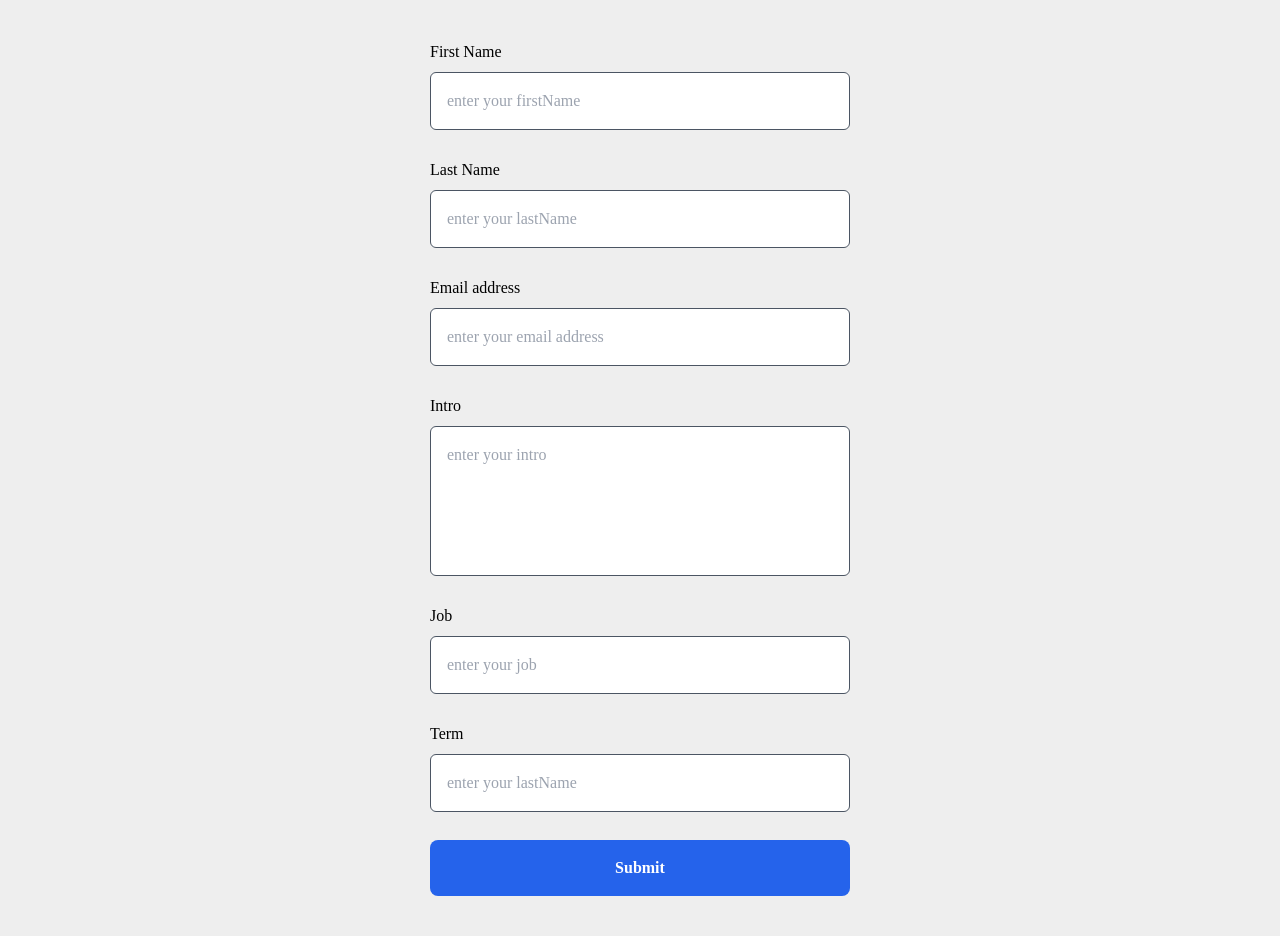
Repository: 16-Doffy/Fe-Khhoahoc
Page: /
The author's editor kept a copy of each file at every save. The page is drawn from the files as they stood at one save, then again after a run of saves.
The browser window is 1280 px wide. The pictures show the whole page.
The project was rebuilt for these pictures with package versions that can differ from the ones it lists, and the page was loaded fresh each time. Also part of the build but not shown: src/App.css.

Above is the page before, as saved 2025-02-11 20:11:36.

### src/index.js
import React from 'react';
import ReactDOM from 'react-dom/client';
import './index.css';
import App from './App';
import reportWebVitals from './reportWebVitals';
import "./index.scss"
const root = ReactDOM.createRoot(document.getElementById('root'));
root.render(
  <React.StrictMode>
    <App />
  </React.StrictMode>
);

// If you want to start measuring performance in your app, pass a function
// to log results (for example: reportWebVitals(console.log))
// or send to an analytics endpoint. Learn more: https://bit.ly/CRA-vitals
reportWebVitals();

### src/App.js
import "./App.css";
import SignUpFormV2Final from "./components/Form/SignUpFormV2Final";


function App() {
  return (
    <div>
      <SignUpFormV2Final />
    </div>
  );
}

export default App;

//<CardList><Card2/>
// const theme = {
//   //wanna change color in the future come here to change
//   colors: {
//     blue: "#2979ff",
//   },
//   orange: "#ffa440",
// };
// {/* <ThemeProvider theme={theme}>
// <CardList>
// <Card2 secondary={true}></Card2>
// <Card2 secondary={false}></Card2>
// <Card2 secondary={true}></Card2>
// <Card2 secondary={false}></Card2>
// <Card2 secondary={true}></Card2>
//  </CardList>
// </ThemeProvider> */}

### src/index.scss
@tailwind base;
@tailwind components;
@tailwind utilities;

@layer base {
    @import url("https://fonts.googleapis.com/css2?family=Poppins:ital,wght@0,100;0,200;0,300;0,400;0,500;0,600;0,700;0,800;0,900;1,100;1,200;1,300;1,400;1,500;1,600;1,700;1,800;1,900&display=swap");
    body{
        font-family: "Poppins", serif;
    }
}
.skeleton {
    background-color: #eee;
    background-image: linear-gradient(110deg, #ececec, 8%,#f5f5f5, 18% , #ececec, 33%);
    border-radius: 5px;
    background-size: 200% 100%;
    animation:  1.5 shine linear infinite;
}
@keyframes shine {
    to {
        background-position-x:-200% ;
    }
}

### src/components/Form/SignUpFormV2Final.js
import React from "react";
import { Formik, Form, Field, ErrorMessage } from "formik";
import * as Yup from "yup";

const SignUpFormV2Final = () => {
  return (
    <Formik
      initialValues={{
        firstName: "",
        lastName: "",
        email: "",
        intro: "",
        job: "",
        terms: false, //check box
      }}
      validationSchema={Yup.object({
        firstName: Yup.string()
          .max(20, "Must be 20 characters or less")
          .required("Required"),
        lastName: Yup.string()
          .max(10, "Must be 10 characters or less")
          .required("Required"),
        email: Yup.string().email("example: guest@gmail.com")
          .required("Required"),
        intro: Yup.string()
          .required("Required"),
        job: Yup.string()
          .required("Required"),
        term: Yup.boolean()

      })}
      onSubmit={(values) => {
        console.log("value", values);
      }}
    >
      <Form className="p-10 w-full max-w-[500px] mx-auto">
        <div className="flex flex-col gap-2 mb-5">
          <label htmlFor="firstName">First Name</label>
          <Field
            name="firstName"
            type="text"
            placeholder="enter your firstName"
            className="p-4 rounded-md border border-gray-600"
          ></Field>
          <div className="text-sm text-red-500">
            <ErrorMessage name="firstName"></ErrorMessage>
          </div>
        </div>

        <div className="flex flex-col gap-2 mb-5">
          <label htmlFor="lastName">Last Name</label>
          <Field
            name="lastName"
            type="text"
            placeholder="enter your lastName"
            className="p-4 rounded-md border border-gray-600"
          ></Field>
          <div className="text-sm text-red-500">
            <ErrorMessage name="lastName"></ErrorMessage>
          </div>
        </div>


        <div className="flex flex-col gap-2 mb-5">
          <label htmlFor="email">Email address</label>
          <Field
            name="email"
            type="text"
            placeholder="enter your email address"
            className="p-4 rounded-md border border-gray-600"
          ></Field>
          <div className="text-sm text-red-500">
            <ErrorMessage name="email"></ErrorMessage>
          </div>
        </div>

        <div className="flex flex-col gap-2 mb-5">
          <label htmlFor="intro">Intro</label>
          <Field
            name="intro"
            type="text"
            placeholder="enter your intro"
            className="p-4 rounded-md border border-gray-600 h-[150px] resize-none"
            as="textarea"
          ></Field>
          <div className="text-sm text-red-500">
            <ErrorMessage name="intro"></ErrorMessage>
          </div>
        </div>

        <div className="flex flex-col gap-2 mb-5">
          <label htmlFor="job">Job</label>
          <Field
            name="job"
            type="text"
            placeholder="enter your job"
            className="p-4 rounded-md border border-gray-600"
          ></Field>
          <div className="text-sm text-red-500">
            <ErrorMessage name="job"></ErrorMessage>
          </div>
        </div>



        <div className="flex flex-col gap-2 mb-5">
          <label htmlFor="term">Term</label>
          <Field
            name="term"
            type="text"
            placeholder="enter your lastName"
            className="p-4 rounded-md border border-gray-600"
          ></Field>
          <div className="text-sm text-red-500">
            <ErrorMessage name="term"></ErrorMessage>
          </div>
        </div>

        <div>
          <button
            type="submit"
            className="w-full p-4 bg-blue-600 text-white font-semibold rounded-lg"
          >
            Submit
          </button>
        </div>
      </Form>
    </Formik>
  );
};

export default SignUpFormV2Final;

### tailwind.config.js
/** @type {import('tailwindcss').Config} */
module.exports = {
  mode: "jit",
  content: ["./src/**/*.{html,js}"],
  theme: {
    extend: {
      backgroundImage: {
        'radiant': `linear-gradient(0.25turn, #3f87a6, #ebf8e1, #f69d3c)`,
        'footer-texture': "url('/img/footer-texture.png')", // Sửa ở đây
        'secondary-radiant': `linear-gradient(#e66465, #9198e5)`,
      },
    },
  },
  plugins: [],
}

Loaded but not shown: public/index.html (common file); src/index.css (common file); src/reportWebVitals.js (common file)

After the next 2 saves:
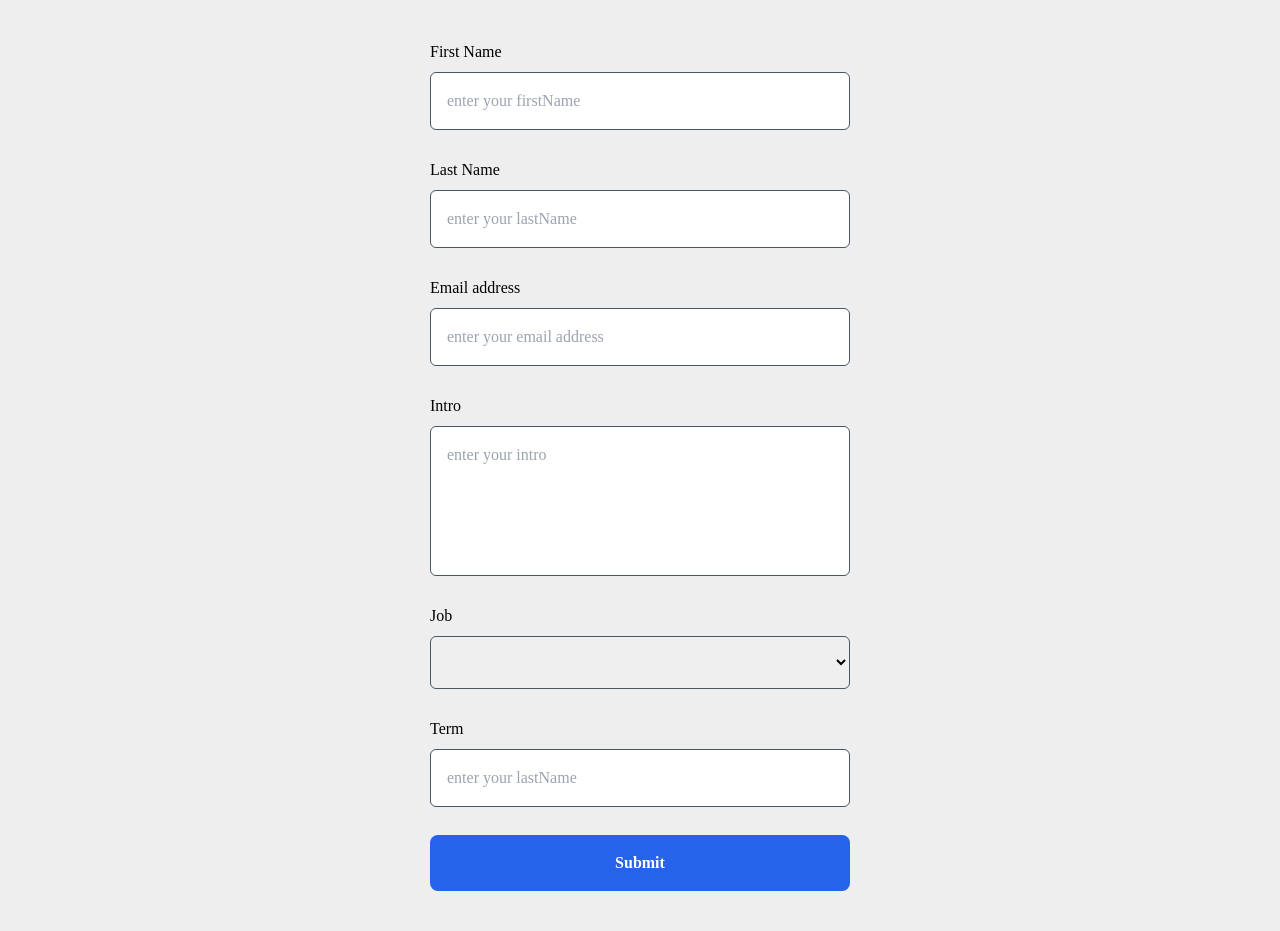
The 2 saves are shown as one change because they came seconds apart.
The last was saved 69 s later.
--- a/src/components/Form/SignUpFormV2Final.js
+++ b/src/components/Form/SignUpFormV2Final.js
@@ -92,9 +92,9 @@ const SignUpFormV2Final = () => {
           <label htmlFor="job">Job</label>
           <Field
             name="job"
-            type="text"
-            placeholder="enter your job"
+            type="job"
             className="p-4 rounded-md border border-gray-600"
+            as="select"
           ></Field>
           <div className="text-sm text-red-500">
             <ErrorMessage name="job"></ErrorMessage>
